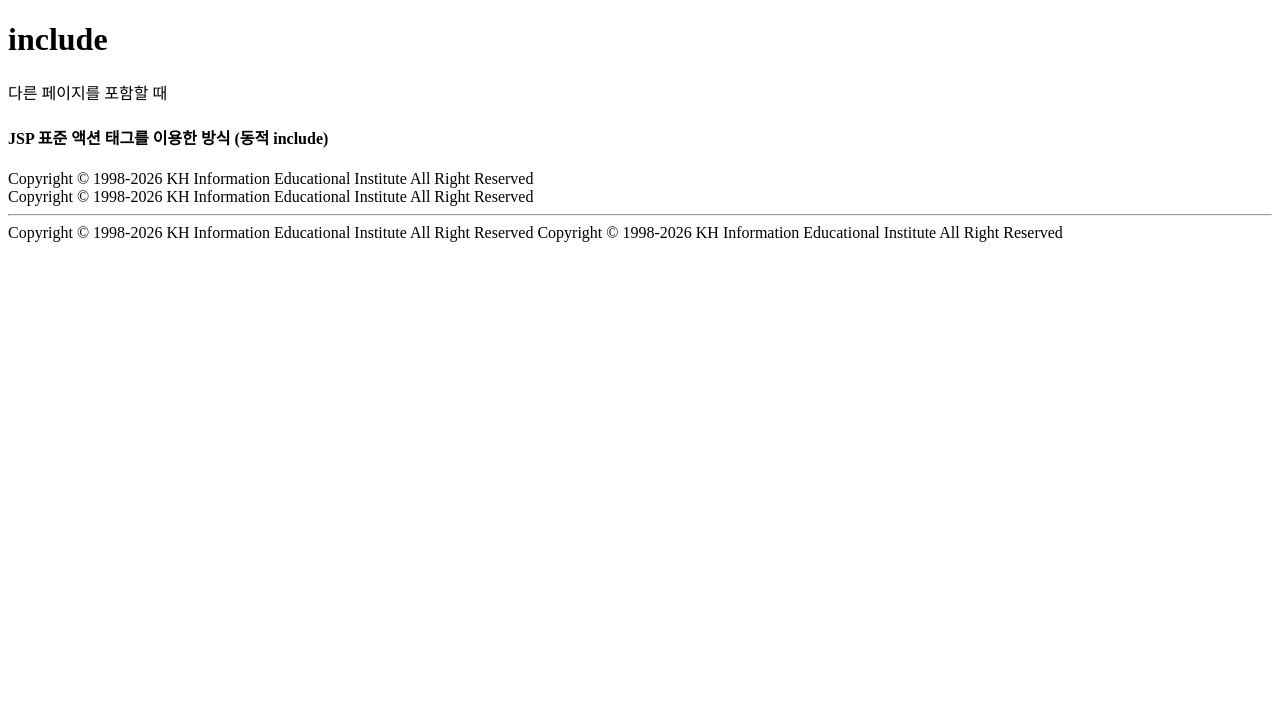
Repository: ghksl0204-shapa/dynamic-web
Page: http://localhost/ActionProject/include.do
The author's editor kept a copy of each file at every save. The page is drawn from the files as they stood at one save, then again after the next save.
The browser window is 1280 px wide. The pictures show the whole page.
The page is served by Tomcat 9.

Above is the page before, as saved 2026-05-06 08:03:11.
Console error: SyntaxError: Identifier 'date' has already been declared

After the next save:
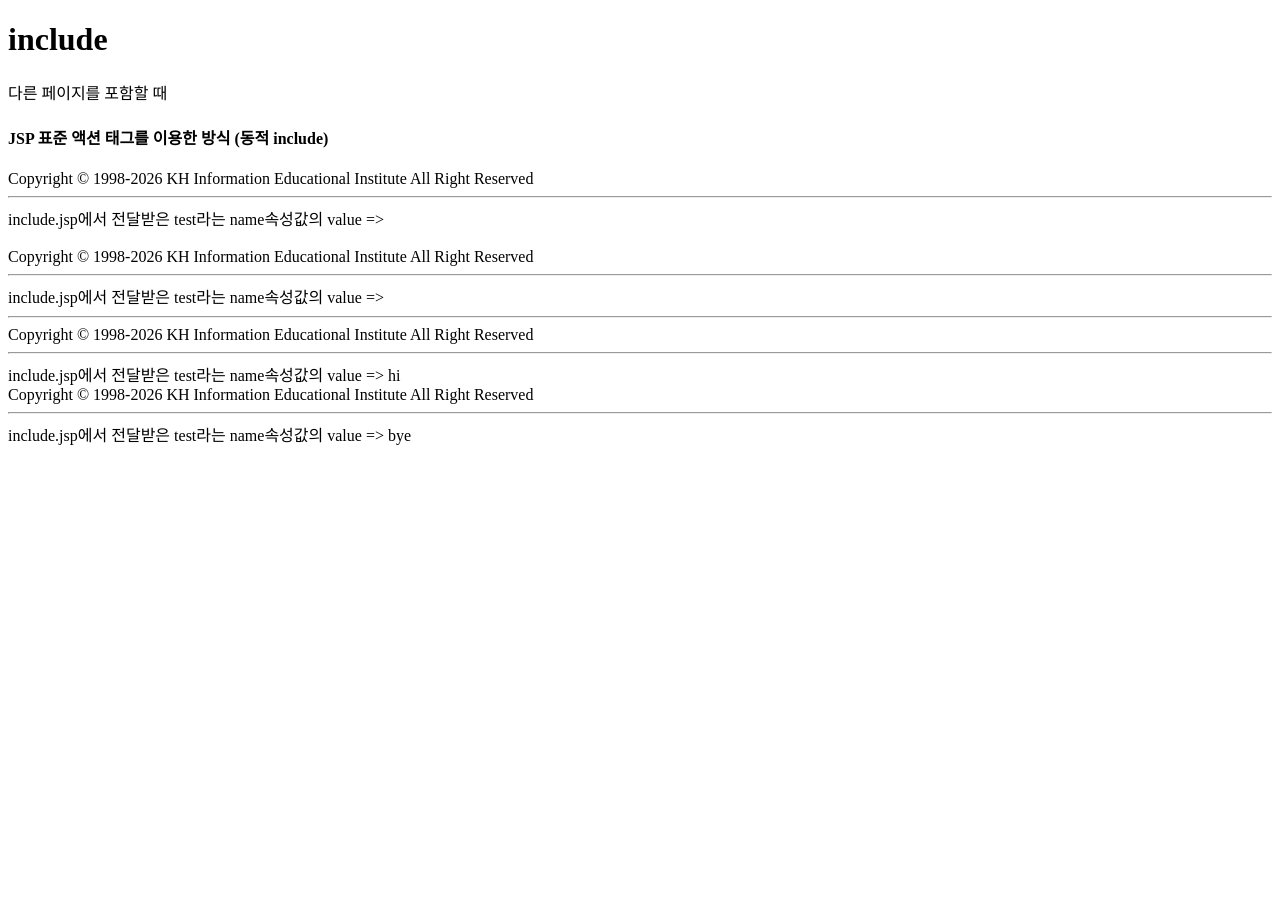
Saved 51 s later.
--- a/ActionProject/src/main/webapp/WEB-INF/views/footer.jsp
+++ b/ActionProject/src/main/webapp/WEB-INF/views/footer.jsp
@@ -19,5 +19,9 @@
 
 	Copyright © 1998-<%= year %> KH Information Educational Institute All Right Reserved
 
+	<hr>
+
+	include.jsp에서 전달받은 test라는 name속성값의 value => ${ param.test } <br>
+
 </body>
 </html>
